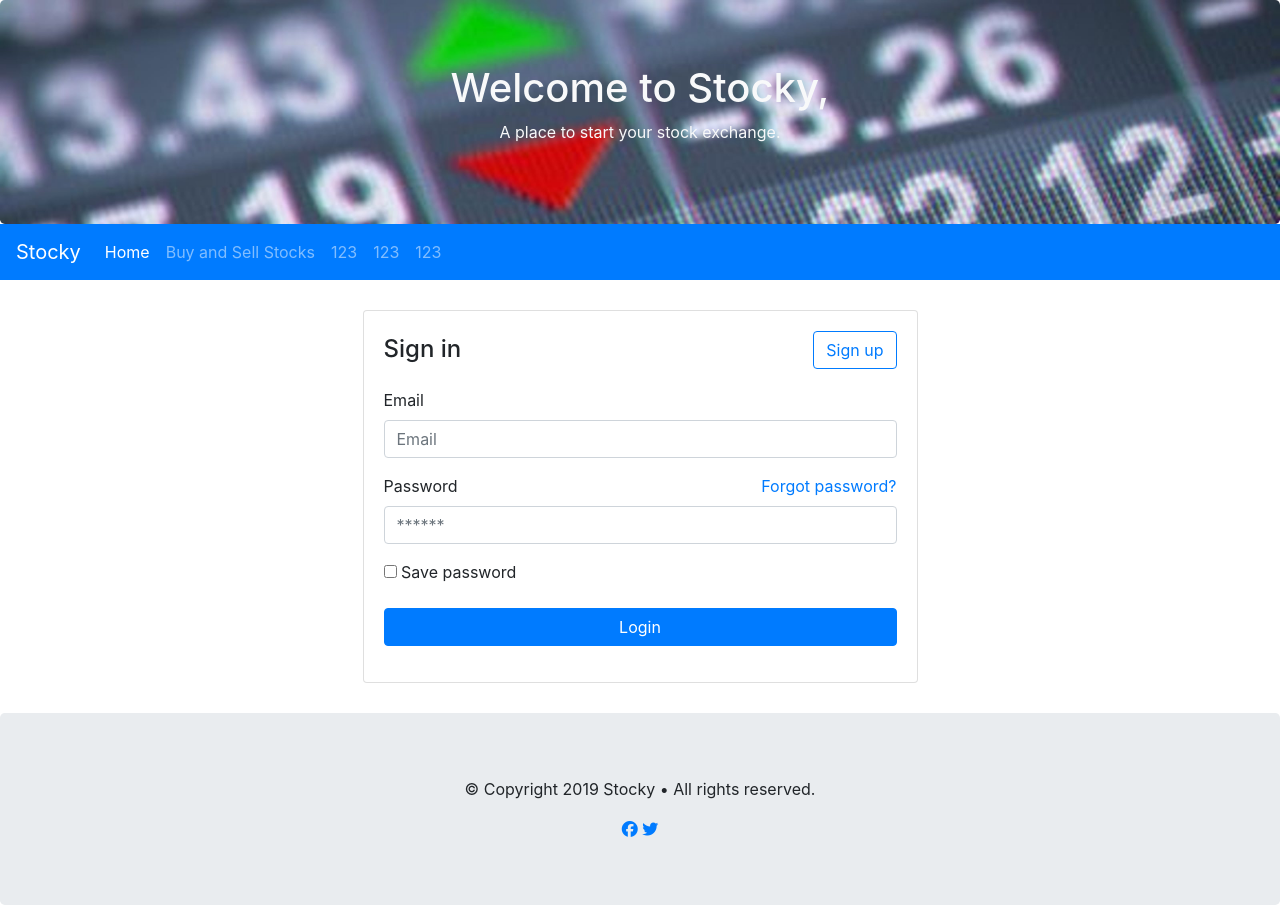
Repository: madfufuu/stocky
Page: http://localhost/stocky/
These files come from the project's save history. The page is drawn as it stood at one moment and after the next save; the edit follows.
The browser window is 1280 px wide. The pictures show the whole page.
Some web libraries are served in a nearby version. The page is served by Tomcat 9. Other server files are loaded and not shown.

Above is the page before, as saved 2019-11-27 23:32:43.

### stocky-new-master/stocky/WebContent/index.jsp
<%@ page language="java" contentType="text/html; charset=UTF-8"
    pageEncoding="UTF-8"%>
<!DOCTYPE html>
<html lang="en">
<head>
	<!-- Required meta tags -->
    <meta charset="utf-8">
    <meta name="viewport" content="width=device-width, initial-scale=1, shrink-to-fit=no">

	<!-- Bootstrap CSS -->
	<link rel="stylesheet" href="https://stackpath.bootstrapcdn.com/bootstrap/4.3.1/css/bootstrap.min.css" integrity="sha384-ggOyR0iXCbMQv3Xipma34MD+dH/1fQ784/j6cY/iJTQUOhcWr7x9JvoRxT2MZw1T" crossorigin="anonymous">
	<link rel="stylesheet" type="text/css" href="./style.css">
	<link rel="stylesheet" href="https://cdnjs.cloudflare.com/ajax/libs/font-awesome/4.7.0/css/font-awesome.min.css">

	<title>Stocky</title>
</head>

<body>
	<div class="jumbotron text-center" style="margin-bottom:0" id="jumbotron-top">
  		<h1 class="text-light">Welcome to Stocky,</h1>
 		<p class="text-light">A place to start your stock exchange.</p>
	</div>

	<nav class="navbar navbar-expand-lg navbar-dark bg-primary sticky-top">
  		<a class="navbar-brand" href="index.jsp">Stocky</a>
  		<button class="navbar-toggler" type="button" data-toggle="collapse" data-target="#navbarSupportedContent" aria-controls="navbarSupportedContent" aria-expanded="false" aria-label="Toggle navigation">
    		<span class="navbar-toggler-icon"></span>
  		</button>

  		<div class="collapse navbar-collapse" id="navbarSupportedContent">
			<ul class="navbar-nav mr-auto">
				<li class="nav-item active">
					<a class="nav-link" href="index.jsp">Home <span class="sr-only">(current)</span></a>
				</li>

				<li class="nav-item">
					<a class="nav-link" href="#">Buy and Sell Stocks</a>
				</li>

				<li class="nav-item">
					<a class="nav-link" href="#">123</a>
				</li>

				<li class="nav-item">
					<a class="nav-link" href="#">123</a>
				</li>

				<li class="nav-item">
					<a class="nav-link" href="#">123</a>
				</li>

			</ul>

		</div>
	</nav>

	<form method="post" action="LoginCheck">
	<div class="container" style="margin-top:30px; margin-bottom:30px">
		<div class="row">
			<div class="col-sm-12 d-flex justify-content-center">


				<div id="signin-form-card" class="card">
					<article class="card-body">
						<a href="signup.jsp" class="float-right btn btn-outline-primary">Sign up</a>
						<h4 class="card-title mb-4 mt-1">Sign in</h4>

							<div class="form-group">
								<label>Email</label>
								<input name="email" class="form-control" placeholder="Email" type="email">
							</div> <!-- form-group// -->
							<div class="form-group">
								<a class="float-right" href="#">Forgot password?</a>
								<label>Password</label>
								<input class="form-control" placeholder="******" type="password" name="password">
							</div> <!-- form-group// -->
							<div class="form-group">
								<div class="checkbox">
									<label> <input type="checkbox"> Save password </label>
								</div> <!-- checkbox .// -->
							</div> <!-- form-group// -->
							<div class="form-group">
								<button type="submit" class="btn btn-primary btn-block" value="login"> Login  </button>
							</div> <!-- form-group// -->

					</article>
				</div> <!-- card.// -->
			</div>
		</div>
	</div>
	</form>

	<div class="jumbotron text-center" style="margin-bottom:0">
		<p>© Copyright 2019 Stocky • All rights reserved.</p>
		<div>
			<a href="#" class="fab fa-facebook"></a>
			<a href="#" class="fab fa-twitter"></a>
		</div>
	</div>



	<!-- Optional JavaScript -->
    <!-- jQuery first, then Popper.js, then Bootstrap JS -->
	<script src="https://code.jquery.com/jquery-3.3.1.slim.min.js" integrity="sha384-q8i/X+965DzO0rT7abK41JStQIAqVgRVzpbzo5smXKp4YfRvH+8abtTE1Pi6jizo" crossorigin="anonymous"></script>
	<script src="https://cdnjs.cloudflare.com/ajax/libs/popper.js/1.14.7/umd/popper.min.js" integrity="sha384-UO2eT0CpHqdSJQ6hJty5KVphtPhzWj9WO1clHTMGa3JDZwrnQq4sF86dIHNDz0W1" crossorigin="anonymous"></script>
	<script src="https://stackpath.bootstrapcdn.com/bootstrap/4.3.1/js/bootstrap.min.js" integrity="sha384-JjSmVgyd0p3pXB1rRibZUAYoIIy6OrQ6VrjIEaFf/nJGzIxFDsf4x0xIM+B07jRM" crossorigin="anonymous"></script>
	<script src="https://kit.fontawesome.com/2b9f2b0ca1.js" crossorigin="anonymous"></script>
</body>
</html>

### stocky-new-master/stocky/WebContent/style.css
@charset "UTF-8";
#signin-form-card {
	width: 50%;
}

#signupForm{
	text-align: center;
	margin-top:  30px;
	margin-bottom:  30px;
}

#jumbotron-top {
  background-image: url("assets/jumbotron_bottom.jpg");
  background-size: cover;
}

.fa:hover {
    opacity: 0.7;
}

.fab {

}

After the next save:
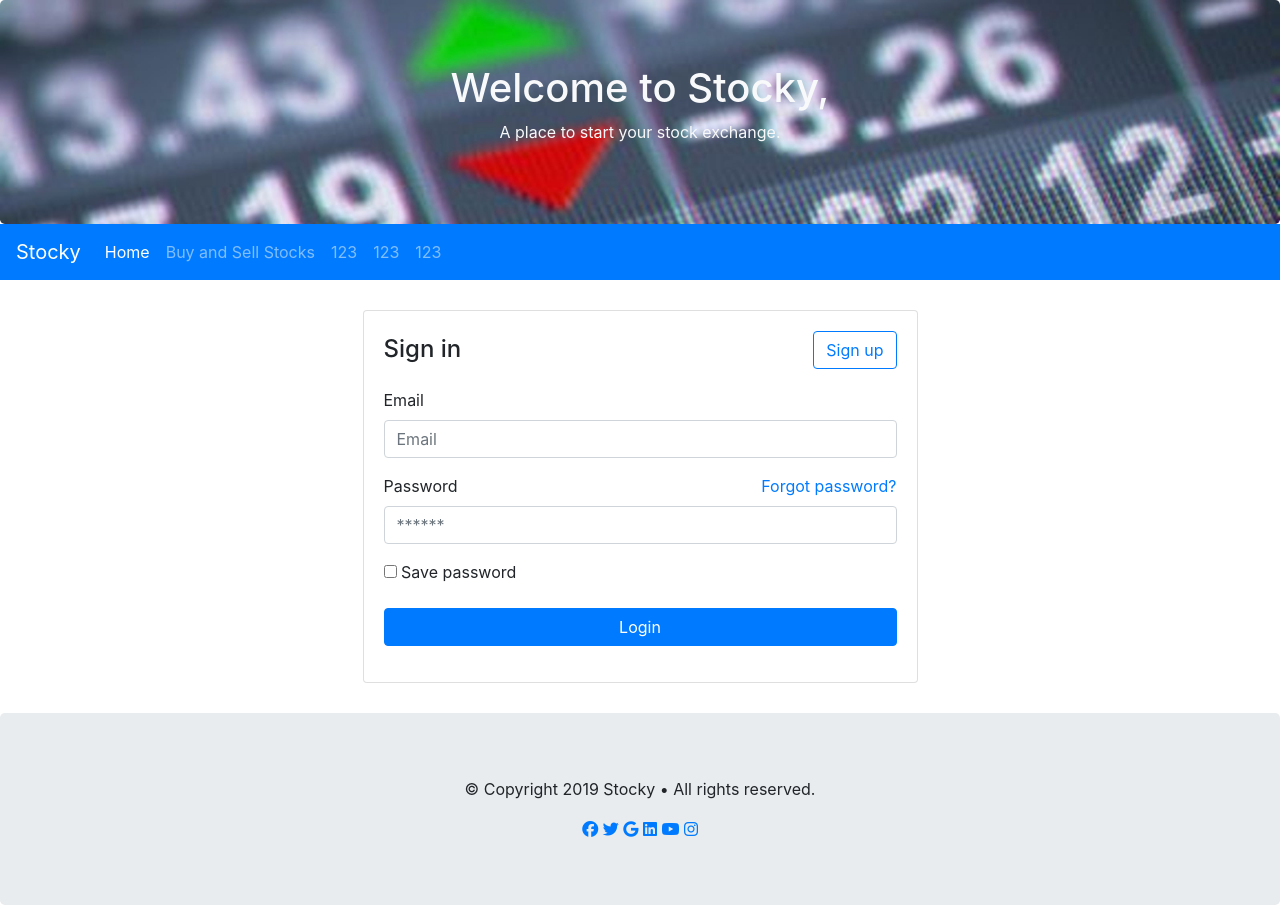
Saved 51 s later.
--- a/stocky-new-master/stocky/WebContent/index.jsp
+++ b/stocky-new-master/stocky/WebContent/index.jsp
@@ -93,8 +93,10 @@
 	<div class="jumbotron text-center" style="margin-bottom:0">
 		<p>© Copyright 2019 Stocky • All rights reserved.</p>
 		<div>
-			<a href="#" class="fab fa-facebook"></a>
-			<a href="#" class="fab fa-twitter"></a>
+			<a href="#" class="fab fa-facebook"></a> <a href="#"
+				class="fab fa-twitter"></a> <a href="#" class="fab fa-google"></a> <a
+				href="#" class="fab fa-linkedin"></a> <a href="#"
+				class="fa fa-youtube"></a> <a href="#" class="fab fa-instagram"></a>
 		</div>
 	</div>
 
